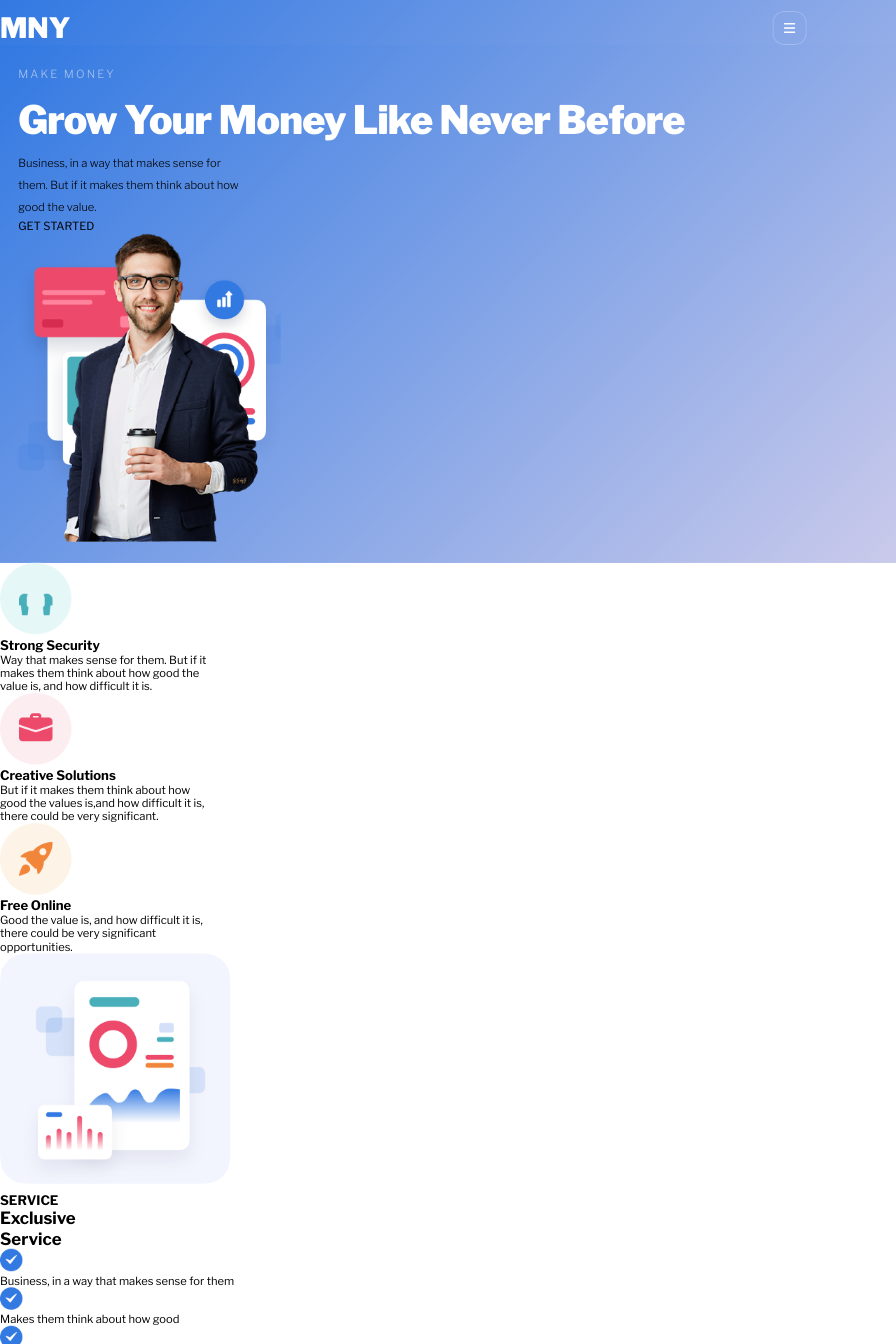
Repository: juniorAntunes910/Make-Money-Design-Avaliacao
Page: index.html
The author's editor kept a copy of each file at every save. The page is drawn from the files as they stood at one save, then again after a run of saves.
The browser window is 1280 px wide. The pictures show the part of the page from y = 0 to 1920 px (the page is 4781 px tall), at 70% of full size.

Above is the page before, as saved 2026-03-13 08:16:48.

After the next 6 saves:
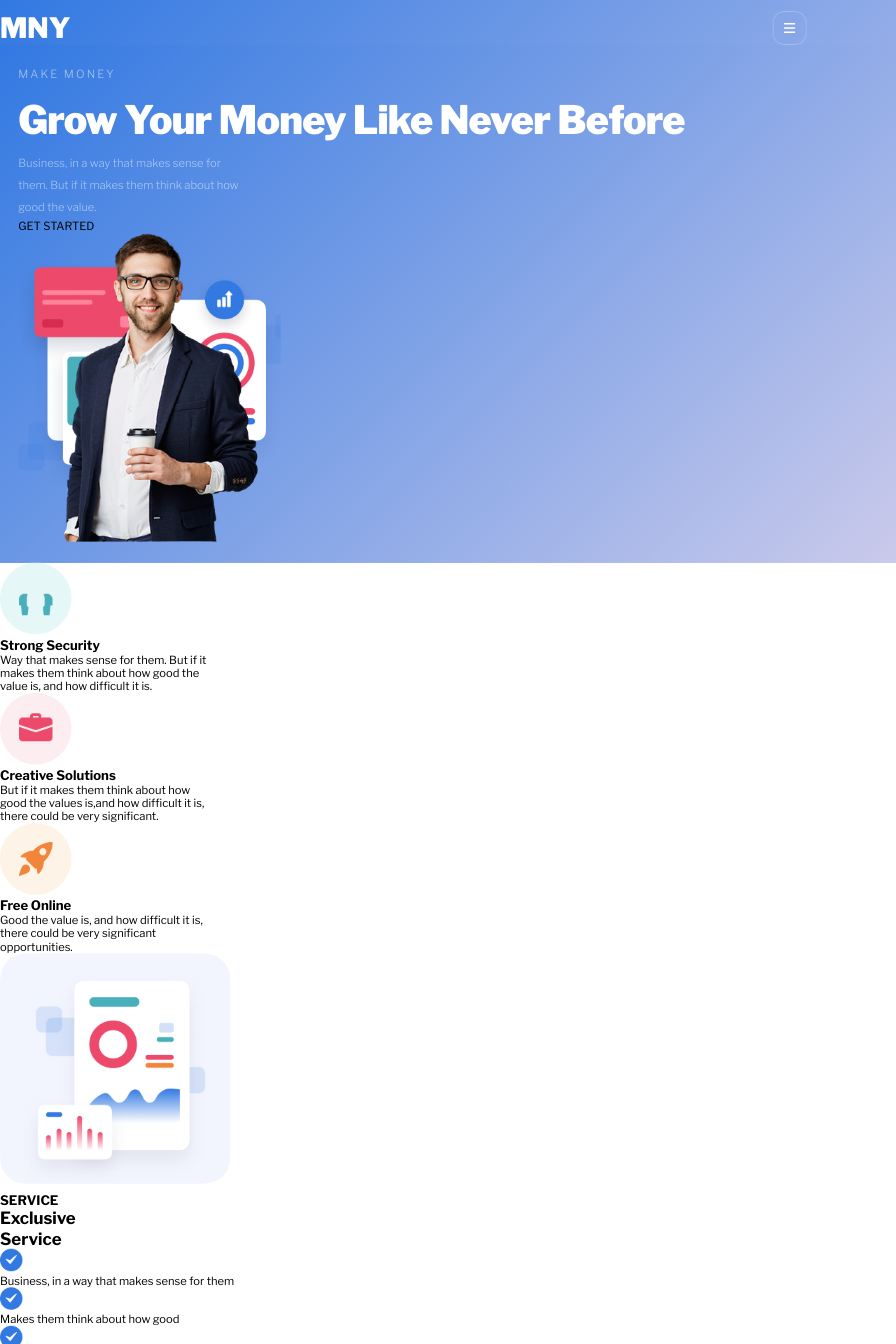
The 6 saves are shown as one change because they came seconds apart.
The last was saved 18 s later.
--- a/style.css
+++ b/style.css
@@ -125,5 +125,7 @@ header nav{
     font-weight: var(--weight-light);
     line-height: 2rem;
     letter-spacing: 0px;
-
+    opacity: 0.53;
+    word-wrap: break-word;
+    color: var(--color-white);
 }
